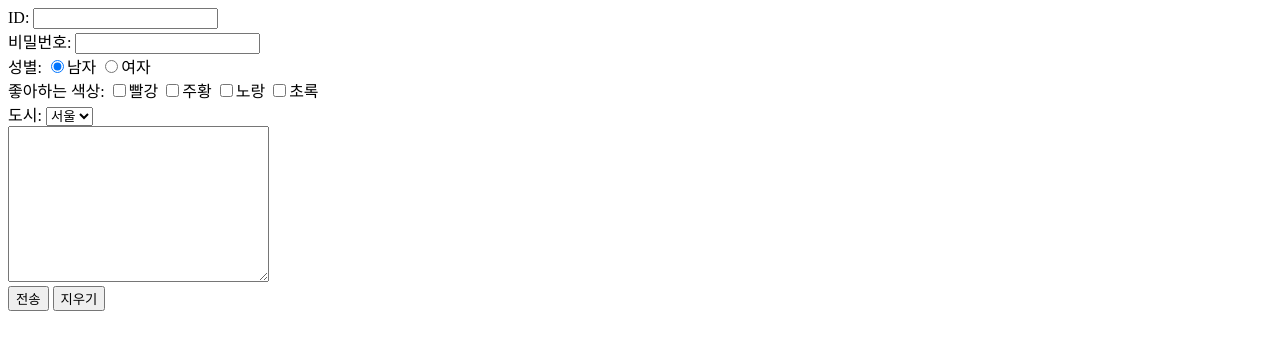
Repository: hrk09/JSPServlet
Page: edu/WebContent/formTest.html
An editor plug-in stored every save of this project. The page is shown before and after the next save, followed by the edit.
The browser window is 1280 px wide. The pictures show the whole page.

Above is the page before, as saved 2022-06-28 02:17:40.

### edu/WebContent/formTest.html
<!DOCTYPE html>
<html>
<head>
<meta charset="UTF-8">
<title>FormTest</title>
</head>
<body>
	<form action="" method="GET">
		ID: <input type="text" name="id">	<br>
		비밀번호: <input type="password" name="pwd">	<br>
		성별:
			<input type="radio" name="gender" value="male" checked="checked">남자
			<input type="radio" name="gender" value="female" >여자	<br>
		좋아하는 색상:
			<input type="checkbox" name="color" value="red">빨강
			<input type="checkbox" name="color" value="orange">주황
			<input type="checkbox" name="color" value="yellow">노랑
			<input type="checkbox" name="color" value="green">초록	<br>
		도시:
			<select name="city">
				<option	value="seoul">서울
				<option	value="gyeonggi">경기
				<option	value="kangwon">강원
				<option	value="kwangju">광주
				<option	value="busan">부산
			</select><br>

		<textarea rows="10" cols="30"></textarea><br>

		<input type="submit" value="전송"> <!-- submit: form에서 받은 정보 전달하는 역할 -->
		<input type="reset"	value="지우기">
	</form>
</body>
</html>

After the next save:
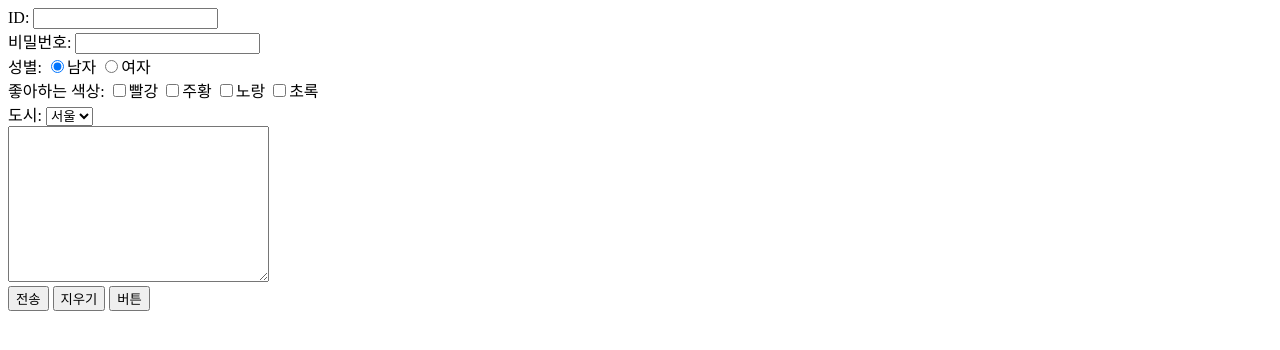
Saved 49 s later.
--- a/edu/WebContent/formTest.html
+++ b/edu/WebContent/formTest.html
@@ -27,8 +27,9 @@
 
 		<textarea rows="10" cols="30"></textarea><br>
 
-		<input type="submit" value="전송"> <!-- submit: form에서 받은 정보 전달하는 역할 -->
-		<input type="reset"	value="지우기">
+		<input type="submit" 	value="전송"> <!-- submit: form에서 받은 정보 전달하는 역할 -->
+		<input type="reset"		value="지우기">
+		<input type="button"	value="버튼">
 	</form>
 </body>
 </html>
